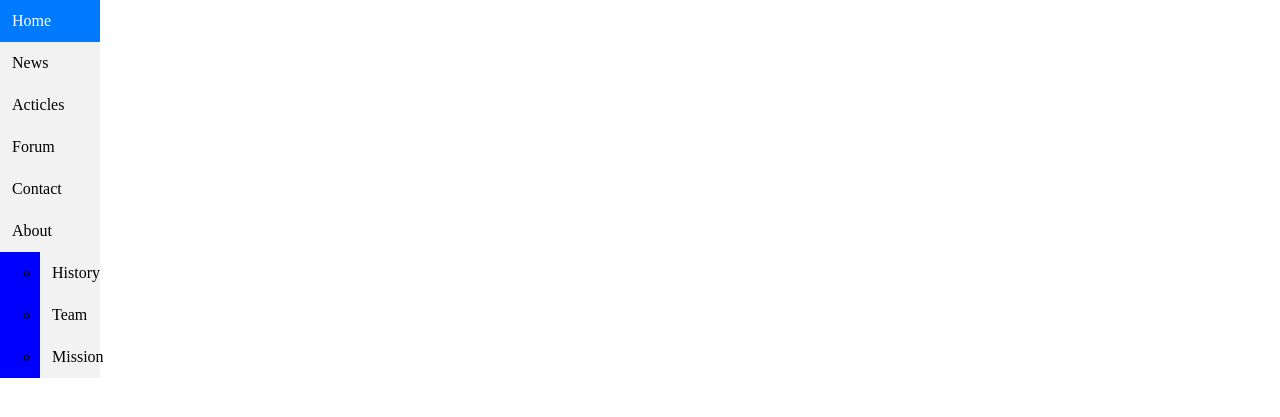
Repository: G1tHub-zer0/BTTH
Page: BTCSS/bai16+20.html
An editor plug-in stored every save of this project. The page is shown before and after the next save, followed by the edit.
The browser window is 1280 px wide. The pictures show the whole page.

Above is the page before, as saved 2024-03-22 19:43:06.

### BTCSS/bai16+20.html
<!DOCTYPE html>
<html lang='en'>

<head>
    <meta charset='UTF-8'>
    <meta http-equiv='X-UA-Compatible' content='IE=edge'>
    <meta name='viewport' content='width=device-width, initial-scale=1.0'>
    <link rel='stylesheet' href='bai16+20.css'>
    <title></title>
</head>

<body>
    <ul class="menu">
        <li><a href="#">Home</a></li>
        <li><a href="#">News</a></li>
        <li><a href="#">Acticles</a></li>
        <li><a href="#">Forum</a></li>
        <li><a href="#">Contact</a></li>
        <li>
            <a href="#">About</a>
            <ul class="submenu">
                <li><a href="#">History</a></li>
                <li><a href="#">Team</a></li>
                <li><a href="#">Mission</a></li>
            </ul>
        </li>
    </ul>
</body>

</html>

### BTCSS/bai16+20.css
body {
  margin: 0;
  padding: 0;
  box-sizing: border-box;
}
.menu {
  width: 100px;
  list-style-type: none;
  margin: 0;
  padding: 0;
  background-color: blue;
}
.menu a {
  background-color: #f2f2f2;
  color: black;
  display: block;
  padding: 12px;
  text-decoration: none;
}
.menu a:hover {
  background-color: #007bff;
  color: white;
}

After the next save:
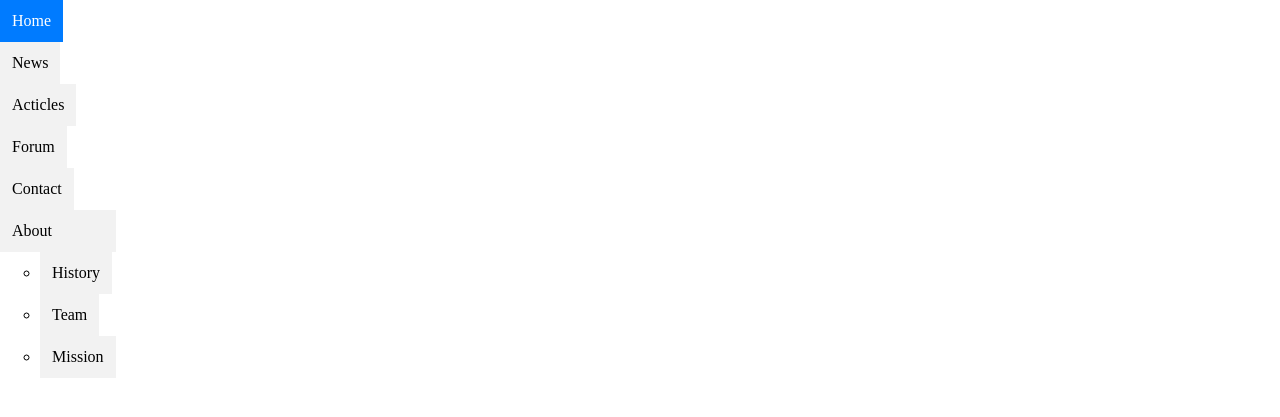
Saved 16 s later.
--- a/BTCSS/bai16+20.css
+++ b/BTCSS/bai16+20.css
@@ -10,6 +10,10 @@ body {
   padding: 0;
   background-color: blue;
 }
+.menu li {
+  float: left;
+}
+
 .menu a {
   background-color: #f2f2f2;
   color: black;
